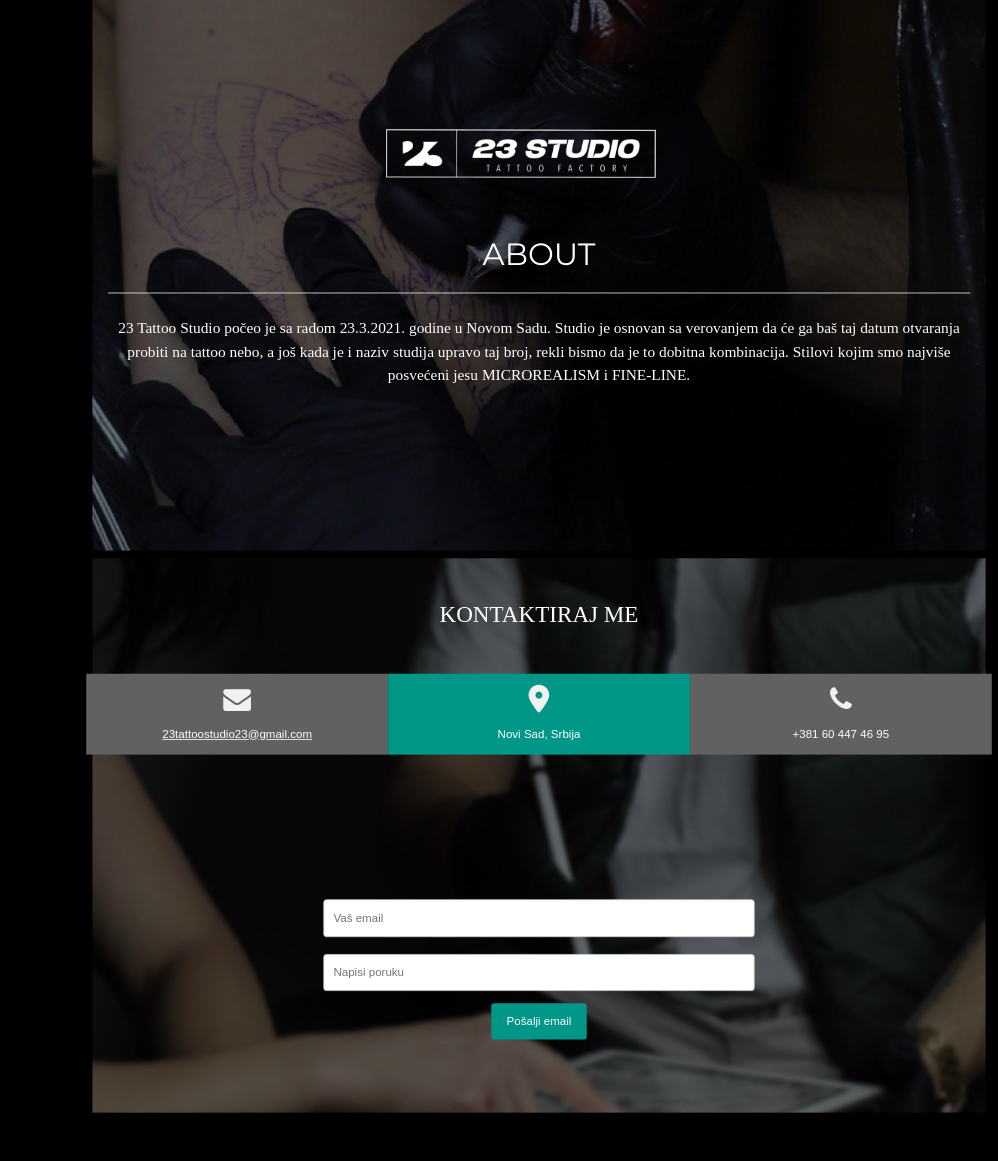
Repository: ReljaStefanovicGitHub/23tattoo
Page: index.html
The author's editor kept a copy of each file at every save. The page is drawn from the files as they stood at one save, then again after the next save.
The browser window is 1280 px wide. The page is 1296 px wide, so the pictures cover 1296 px, including what lies to the right of the window. The pictures show the whole page, at 77% of full size.
Some web fonts or font styles are not loaded; a fallback is used.

Above is the page before, as saved 2024-08-09 20:09:40.
Console error: ReferenceError: emailjs is not defined

After the next save:
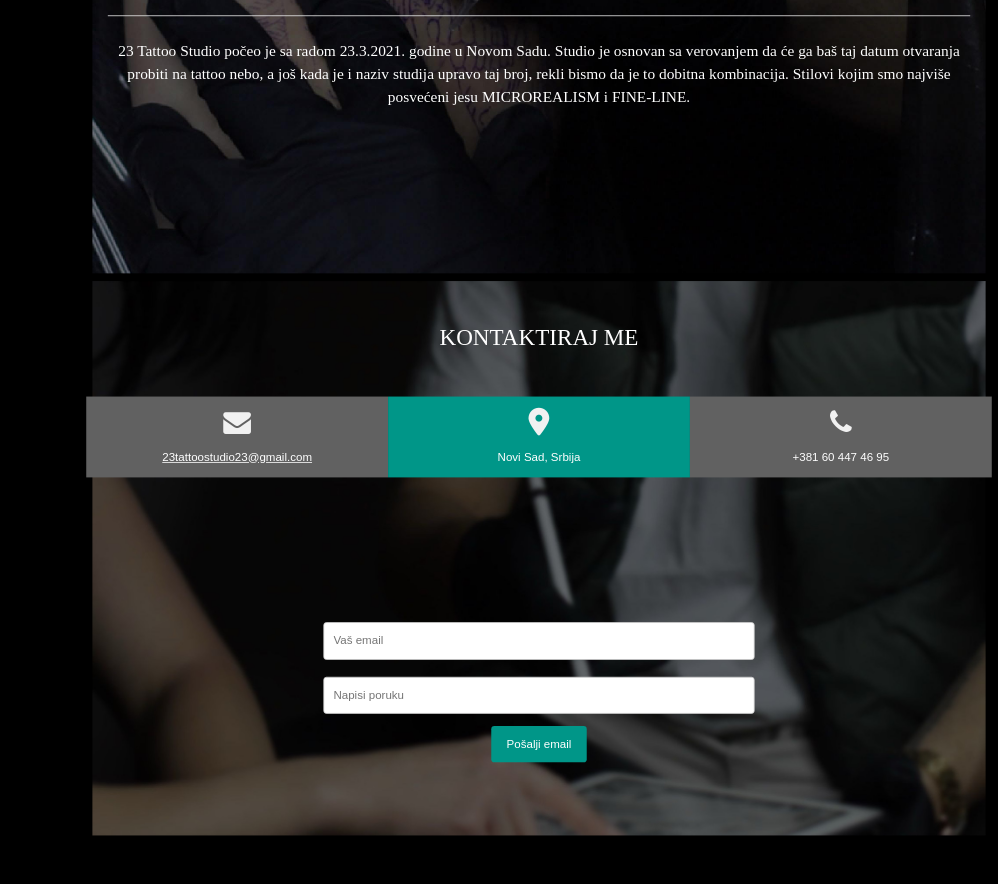
Saved 2 min 15 s later.
--- a/index.html
+++ b/index.html
@@ -23,25 +23,7 @@
 
 
 <div id="main">
-  <header id="home">
-    <div class="w3-top w3-center" id="myNavbar" style="position: absolute; text-decoration: none; font-family: sans-serif; margin-right: 10px;">
-      <div class="w3-bar w3-center myNav" style="padding-top: 20px; font-family: 'din alternate';">
-        <a href="#main" class="w3-bar-item" style="width:20%; ">POČETNA</a>
-        <a href="#about" class="w3-bar-item" style="width:20%;">O MENI</a>
-        <a href="gallery.html" class="w3-bar-item" style="width:20%;">GALERIJA</a>
-        <a href="qa.html" class="w3-bar-item" style="width:20%;">Q&A</a>
-        <a href="#contact" class="w3-bar-item" style="width:20%;">KONTAKT</a>
-      </div>
-    </div>
-    <div class="foreground-image">
-      <img src="/icons/Untitled_Artwork (1).png">
-      <div class="paragraphs-container">
-        <p class="p1">SNAGA BROJA 23 JE UJEDNO <br>I SNAGA VAŠE LOJALNOSTI</p>
-        <div class="line"></div>
-        <p class="p2">POSTANI DEO 23 ZAJEDNICE</p>
-      </div>
-    </div>
-  </header>
+
 
   <!-- About Section -->
   <div class="about-page" id="about">
